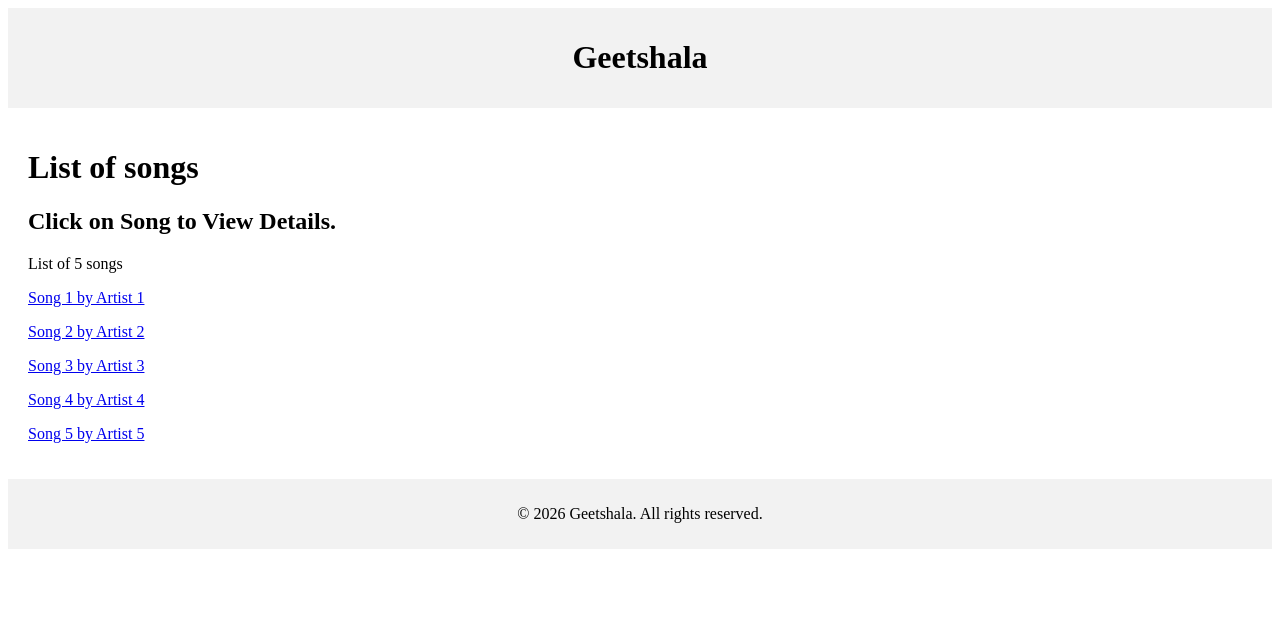
Repository: thagunnaharish1-netizen/GeetShala
Page: http://localhost/songs/
An editor plug-in stored every save of this project. The page is shown before and after a run of saves, followed by the edit.
The browser window is 1280 px wide. The pictures show the whole page.
The page is served by the project's application, run on Django 5.2 (manage.py).

Above is the page before, as saved 2026-09-01 19:38:37.

After the next 3 saves:
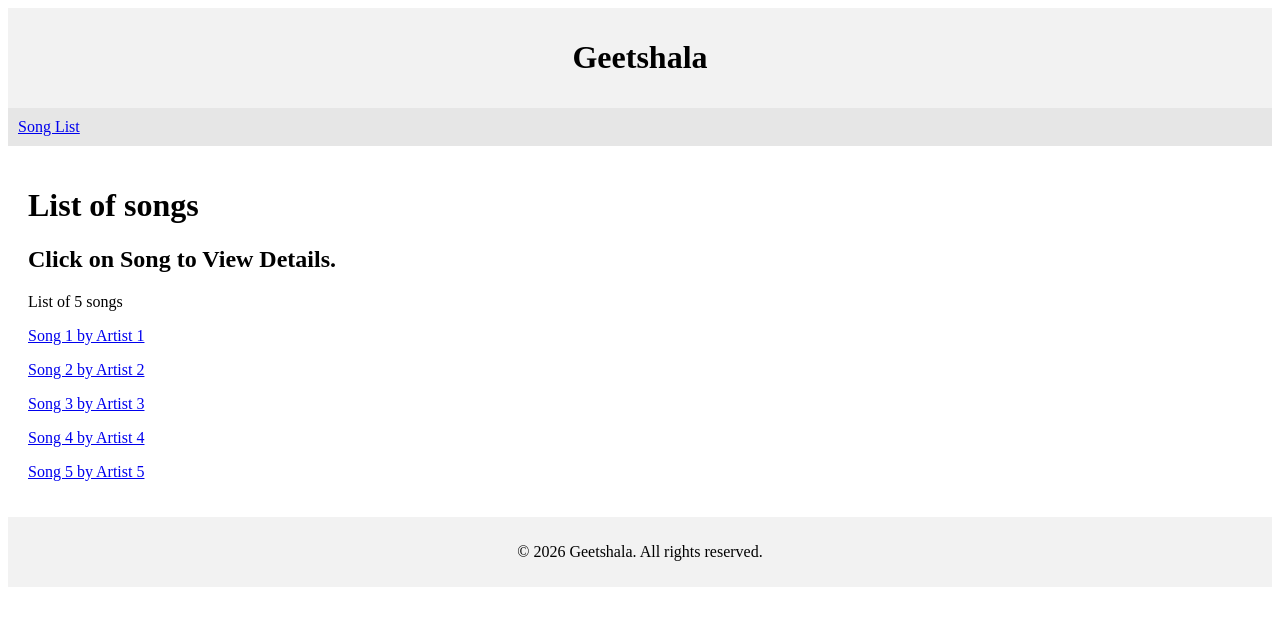
The 3 saves are shown as one change because 2 did not build or start.
The last was saved 112 s later.
--- a/songs/templates/base.html
+++ b/songs/templates/base.html
@@ -9,6 +9,10 @@
     <header style="background-color: #f2f2f2; padding: 10px;">
         <h1><center>Geetshala</center></h1>
     </header>
+    <nav style="background-color: #e6e6e6; padding: 10px;">
+        <a href="{% url 'song_list' %}">Song List</a>
+    </nav>
+
     <main style="padding: 20px;">
         {% block content %}{% endblock %}
     </main>
